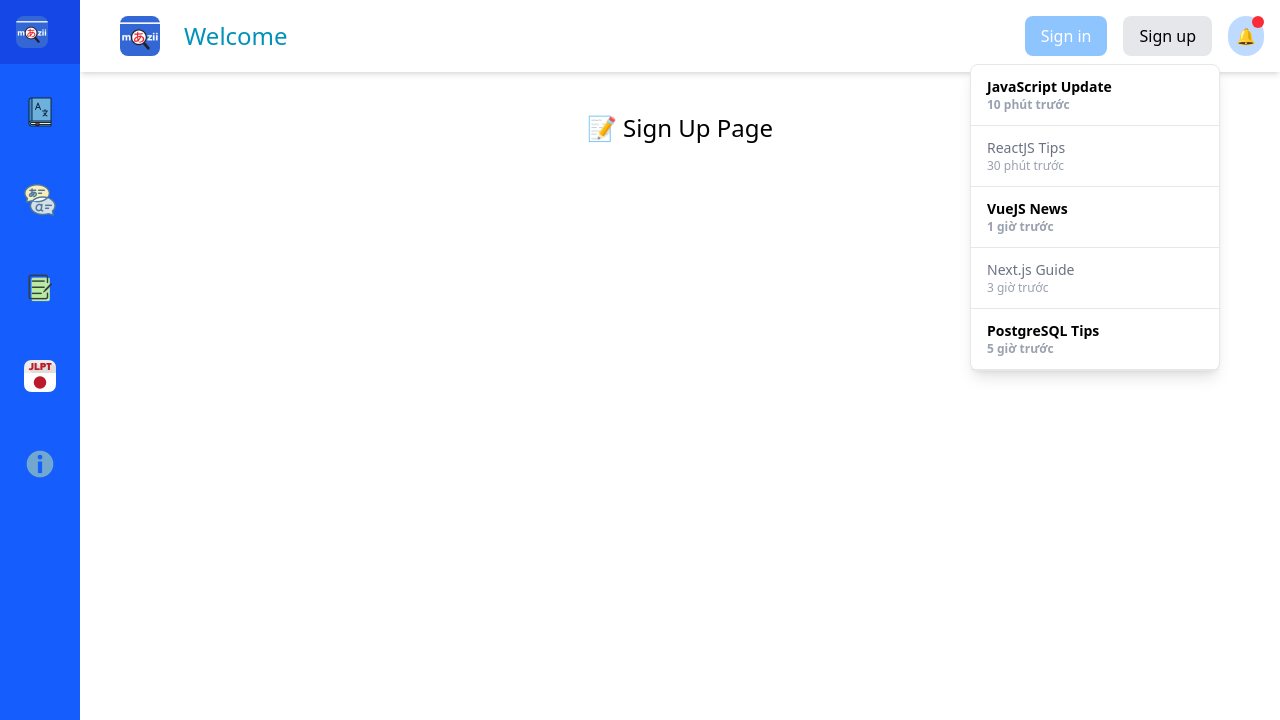
Repository: reminzuetto/JapaneseTranslationApp
Page: /signup, after clicking the first element matching `div.p-2`
The author's editor kept a copy of each file at every save. The page is drawn from the files as they stood at one save, then again after the next save.
The browser window is 1280 px wide. The pictures show the whole page.
The project was rebuilt for these pictures with package versions that can differ from the ones it lists, and the page was loaded fresh each time. Also part of the build but not shown: vite.config.js, src/pages/Home.jsx, src/pages/SignIn.jsx.

Above is the page before, as saved 2025-03-12 00:00:06.

After the next save:
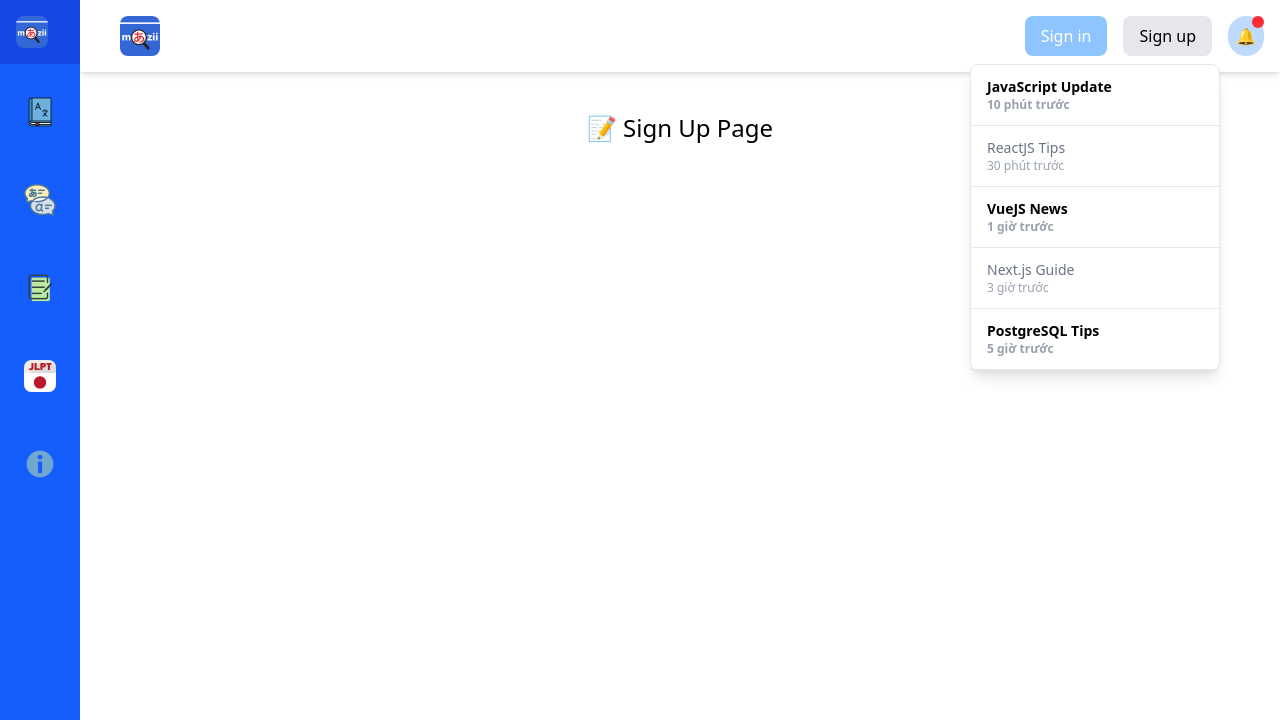
Saved 28 s later.
--- a/src/components/Header/Header.jsx
+++ b/src/components/Header/Header.jsx
@@ -20,7 +20,6 @@ const Header = () => {
           className="w-10 min-w-8 mx-6 rounded-lg"
           src="/src/assets/MaziiLogo.png"
         />
-        <div className="text-cyan-600 text-2xl">Welcome</div>
       </div>
 
       <div className="flex items-center gap-4">
